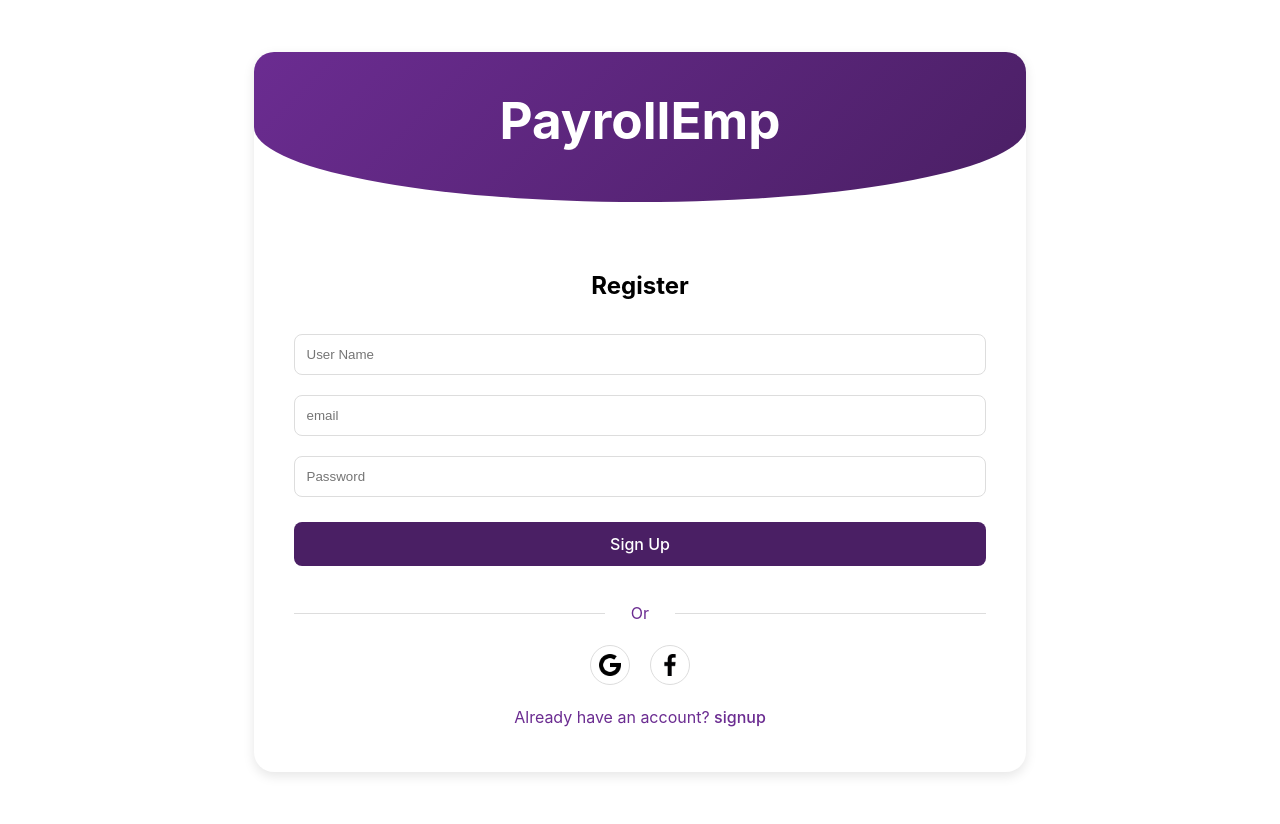
Repository: nino-pixel/payrolllatest
Page: /signup (app in web_vue/)
The author's editor kept a copy of each file at every save. The page is drawn from the files as they stood at one save, then again after the next save.
The browser window is 1280 px wide. The pictures show the whole page.
The project was rebuilt for these pictures with package versions that can differ from the ones it lists, and the page was loaded fresh each time. Also part of the build but not shown: web_vue/vite.config.js, web_vue/src/components/login_page.vue.

Above is the page before, as saved 2024-12-18 19:46:16.

### web_vue/src/App.vue

<template>
 <router-view></router-view>

</template>

<script>
import login_page from './components/login_page.vue'
 // Import the component

export default {
  name: 'App',
  components: {
    login_page,
  }
}
</script>
<style scoped>
* {
    margin: 0;
    padding: 0;
    box-sizing: border-box;
}

body, html {
    height: 100%;
    width: 100%;
    margin: 0;
    padding: 0;
    overflow-x: hidden;
    overflow-y: hidden;
}

#app {
    min-height: 100vh;
    width: 100%;
}
</style>

### web_vue/src/router/index.js
import { createRouter, createWebHistory } from 'vue-router'
import LoginPage from '../components/login_page.vue'
import SignupPage from '../components/sign_up.vue'


const routes = [
  {
    path: '/',
    name: 'Login',
    component: LoginPage
  },
  {
    path: '/signup',
    name: 'Signup',
    component: SignupPage
  }
  // Add other routes here as needed
]

const router = createRouter({
  history: createWebHistory(),
  routes
})

export default router

### web_vue/src/components/sign_up.vue
<template>
  <div class="signup-container">
    <div class="wave-bg"></div>
    <h1>PayrollEmp</h1>

    <div class="signup-form">
      <h2>Register</h2>
      <input
        type="text"
        v-model="username"
        placeholder="User Name"
      >
      <input
        type="text"
        v-model="email"
        placeholder="email"
      >
      <input
        type="password"
        v-model="password"
        placeholder="Password"
      >
      <button
        class="sign-up"
        @click="handlesignup"
      >
        Sign Up
      </button>

      <div class="divider">
        <span>Or</span>
      </div>

      <div class="social-signup">
        <button class="google" @click="handleGooglesignup">
          <img src="../assets/google-icon.png" alt="Google">
        </button>
        <button class="facebook" @click="handleFacebooksignup">
          <img src="../assets/facebook-icon.png" alt="Facebook">

        </button>
      </div>

      <p class="signup-link">
    Already have an account?
    <router-link :to="{path: '/'}">signup</router-link>
  </p>
    </div>
  </div>
</template>

<script>
export default {
  name: 'signupPage',
  data() {
    return {
      username: '',
      password: ''
    }
  },
  methods: {
    handlesignup() {
      // Implement signup logic here
      console.log('signup attempt with:', {
        username: this.username,
        password: this.password
      })
    },
    handleGooglesignup() {
      // Implement Google signup logic
      console.log('Google signup clicked')
    },
    handleFacebooksignup() {
      // Implement Facebook signup logic
      console.log('Facebook signup clicked')
    },
    goToSignup() {
      // Implement navigation to signup page
      console.log('Navigate to signup')
      // this.$router.push('/signup')
    }
  }
}
</script>

<style scoped>
h2{
  color: black;
}
/* Your existing CSS remains the same */
body {
    margin: 0;
    font-family: Arial, sans-serif;
    background: #f5f5f5;
    overflow-y: hidden;
}

.signup-container {
  width: 100%;
    position: relative;
    height: 100vh;  /* Changed from max-width to min-height */
    margin: 20px auto;
    padding: 20px;
    background: white;
    border-radius: 20px;
    box-shadow: 0 4px 12px rgba(0,0,0,0.1);
    display: flex;      /* Added for better centering */
    flex-direction: column;
    align-items: center;
}

.wave-bg {
    position: absolute;
    top: 0;
    left: 0;
    right: 0;
    height: 150px;
    background: linear-gradient(135deg, #6b2c91, #4a1f64);
    border-radius: 20px 20px 50% 50%;
}

h1 {
    color: white;
    position: relative;
    margin: 20px;
}

.signup-form {
    padding: 20px;
    margin-top: 60px;
}

input {
    width: 100%;
    padding: 12px;
    margin: 10px 0;
    border: 1px solid #ddd;
    border-radius: 8px;
    box-sizing: border-box;
}

.sign-up {
    width: 100%;
    padding: 12px;
    background: #4a1f64;
    color: white;
    border: none;
    border-radius: 8px;
    margin: 15px 0;
    cursor: pointer;
}

.divider {
    text-align: center;
    margin: 20px 0;
    position: relative;

    color: #6b2c91;
}

.divider::before,
.divider::after {
    content: "";
    position: absolute;
    top: 50%;
    width: 45%;
    height: 1px;
    background: #ddd;

    color: #6b2c91;
}

.divider::before { left: 0; }
.divider::after { right: 0; }

.social-signup {
    display: flex;
    justify-content: center;
    gap: 20px;
}

.social-signup button {
    width: 40px;
    height: 40px;
    border-radius: 50%;
    border: 1px solid #ddd;
    background: white;
    cursor: pointer;
    padding: 8px;
}

.social-signup img {
    width: 100%;
    height: 100%;
    object-fit: contain;
}

.signup-link {
    text-align: center;
    margin-top: 20px;
    color: #6b2c91;

}

.signup-link a {
    color: #6b2c91;
    text-decoration: none;
}
</style>

Loaded but not shown: web_vue/src/main.js (common file); web_vue/src/style.css (common file)

After the next save:
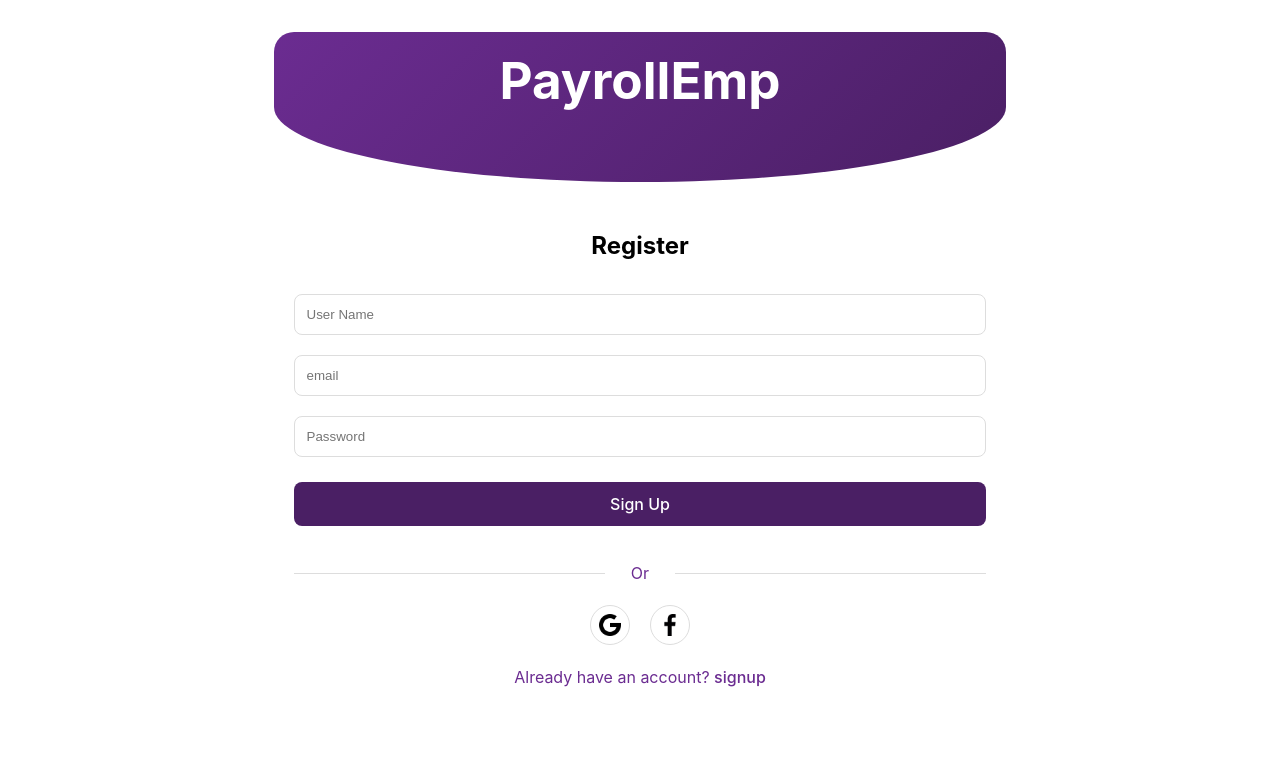
Saved 13 s later.
--- a/web_vue/src/components/sign_up.vue
+++ b/web_vue/src/components/sign_up.vue
@@ -98,15 +98,14 @@
 .signup-container {
   width: 100%;
     position: relative;
-    height: 100vh;  /* Changed from max-width to min-height */
-    margin: 20px auto;
-    padding: 20px;
+    height: 100vh;      /* Changed from min-height to height */
+    margin: 0;          /* Remove margin */
+    padding: 0;         /* Remove padding */
     background: white;
-    border-radius: 20px;
-    box-shadow: 0 4px 12px rgba(0,0,0,0.1);
-    display: flex;      /* Added for better centering */
+    display: flex;
     flex-direction: column;
     align-items: center;
+    overflow: hidden;
 }
 
 .wave-bg {

After the 2 saves that followed:
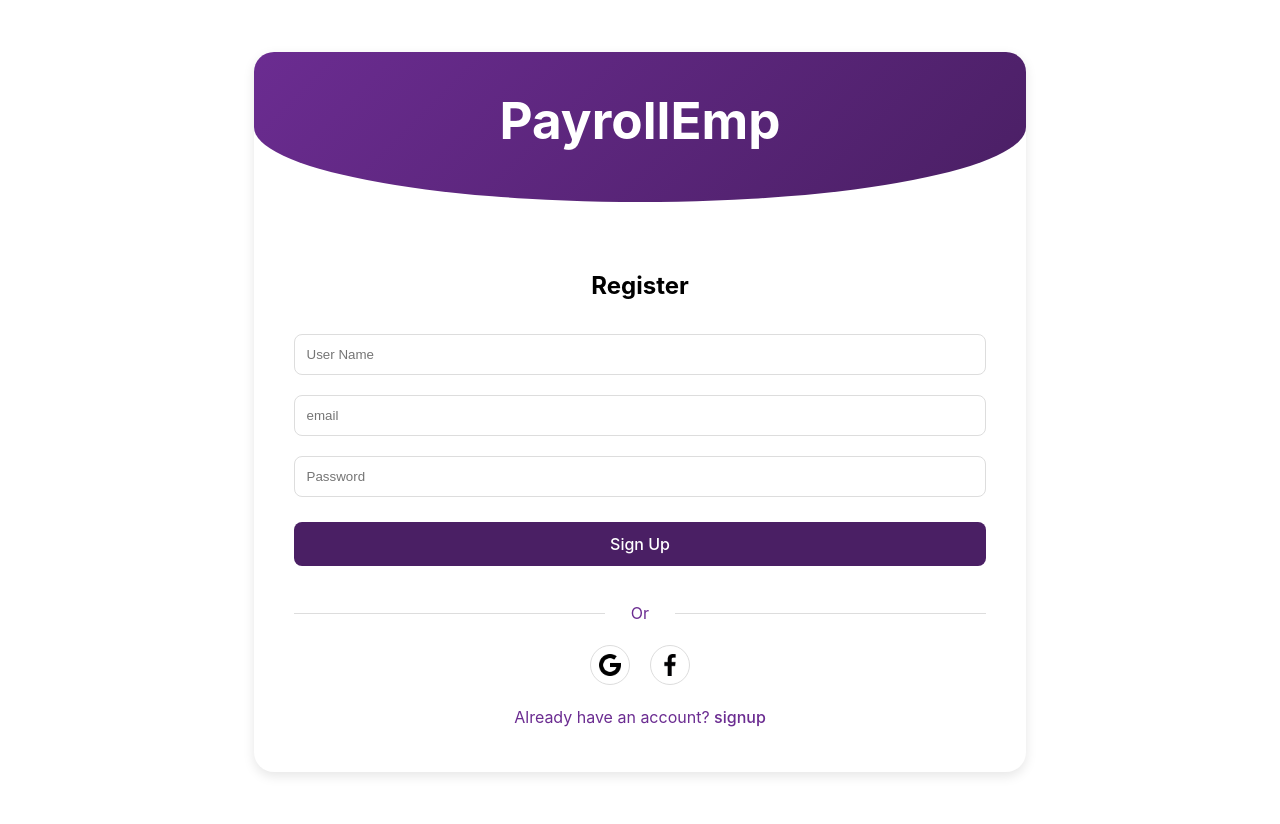
The 2 saves are shown as one change because they came seconds apart.
The last was saved 9 s later.
--- a/web_vue/src/components/sign_up.vue
+++ b/web_vue/src/components/sign_up.vue
@@ -98,14 +98,15 @@
 .signup-container {
   width: 100%;
     position: relative;
-    height: 100vh;      /* Changed from min-height to height */
-    margin: 0;          /* Remove margin */
-    padding: 0;         /* Remove padding */
+    height: 100vh;  /* Changed from max-width to min-height */
+    margin: 20px auto;
+    padding: 20px;
     background: white;
-    display: flex;
+    border-radius: 20px;
+    box-shadow: 0 4px 12px rgba(0,0,0,0.1);
+    display: flex;      /* Added for better centering */
     flex-direction: column;
     align-items: center;
-    overflow: hidden;
 }
 
 .wave-bg {
